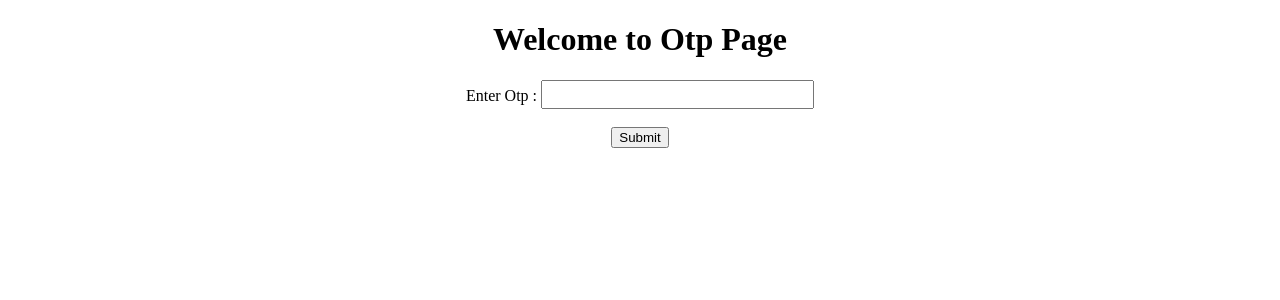
Repository: Boppesurya/advancedjav2
Page: Bank1/WebContent/Otp2.html
An editor plug-in stored every save of this project. The page is shown before and after the next save, followed by the edit.
The browser window is 1280 px wide. The pictures show the whole page.

Above is the page before, as saved 2023-06-08 12:03:27.

### Bank1/WebContent/Otp2.html
<!DOCTYPE html>
<html>
<head>
<meta charset="ISO-8859-1">
<title>Insert title here</title>
</head>
<body>
<center>
<h1>Welcome to Otp Page</h1>
<form action="">
<label>Enter Otp</label>
<label>:</label>
<input type="number" style="font-size:20px;text-align: center;" name="Otp">
<br><br>
<input type="submit">
</form>
</center>
</body>
</html>

After the next save:
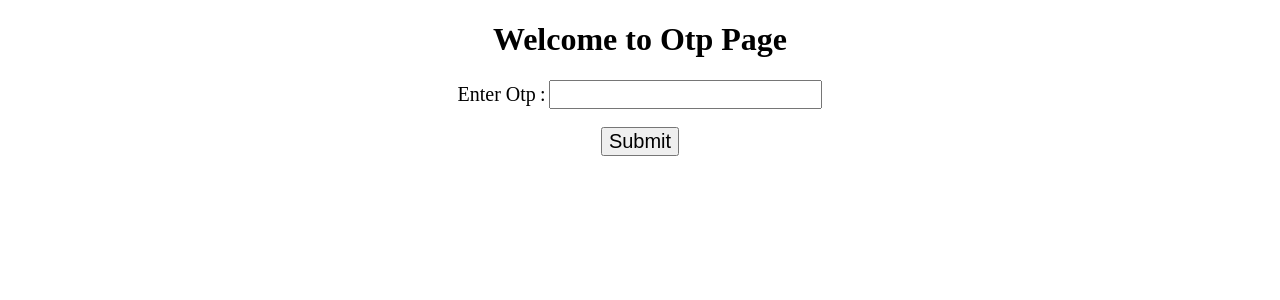
Saved 54 s later.
--- a/Bank1/WebContent/Otp2.html
+++ b/Bank1/WebContent/Otp2.html
@@ -8,11 +8,11 @@
 <center>
 <h1>Welcome to Otp Page</h1>
 <form action="">
-<label>Enter Otp</label>
-<label>:</label>
+<label style="font-size:20px;">Enter Otp</label>
+<label style="font-size:20px;">:</label>
 <input type="number" style="font-size:20px;text-align: center;" name="Otp">
 <br><br>
-<input type="submit">
+<input type="submit" style="font-size:20px;">
 </form>
 </center>
 </body>
